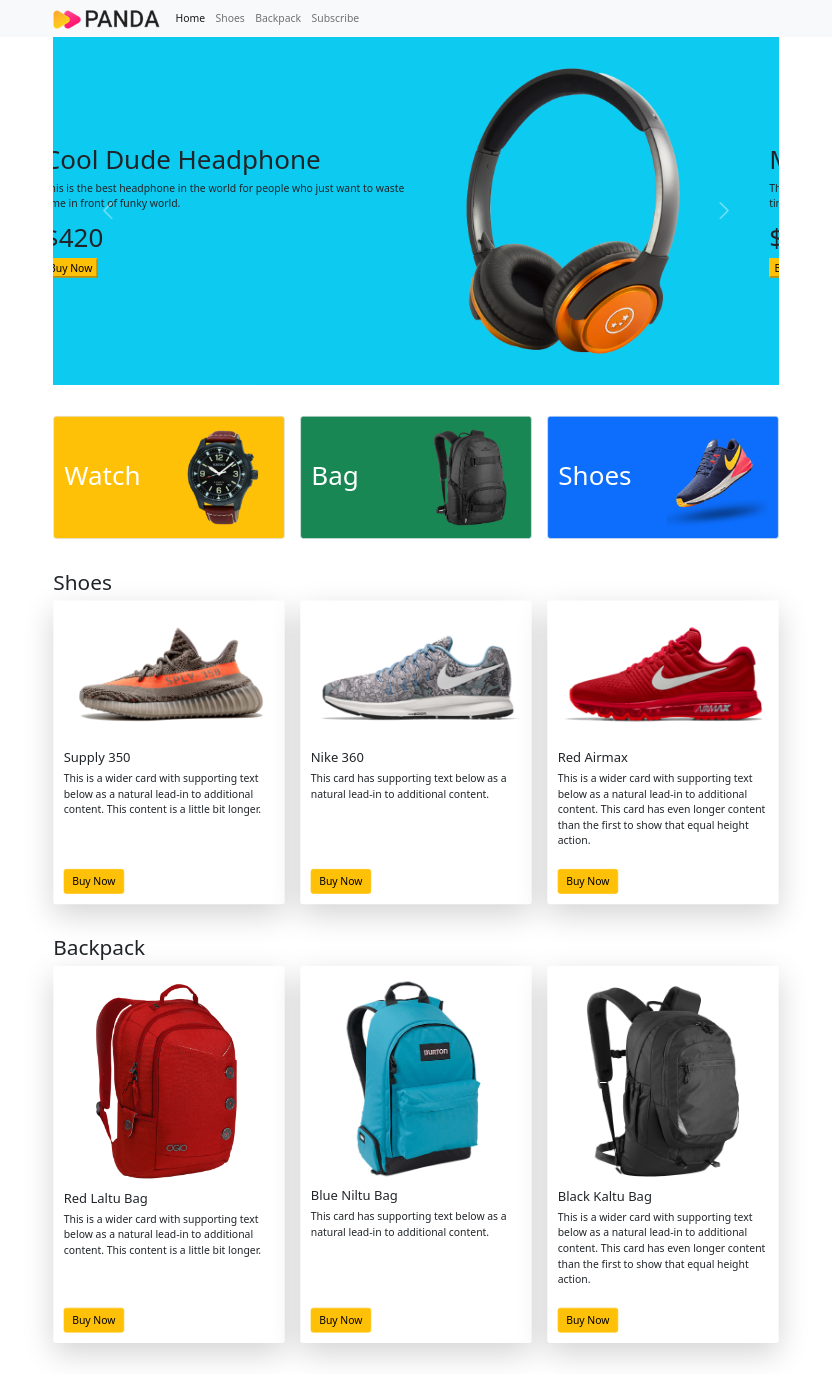
Repository: mdmohiddin/panda-commerce-rp
Page: index.html
An editor plug-in stored every save of this project. The page is shown before and after the next save, followed by the edit.
The browser window is 1280 px wide. The pictures show the whole page, at 65% of full size.

Above is the page before, as saved 2021-07-28 19:22:01.

After the next save:
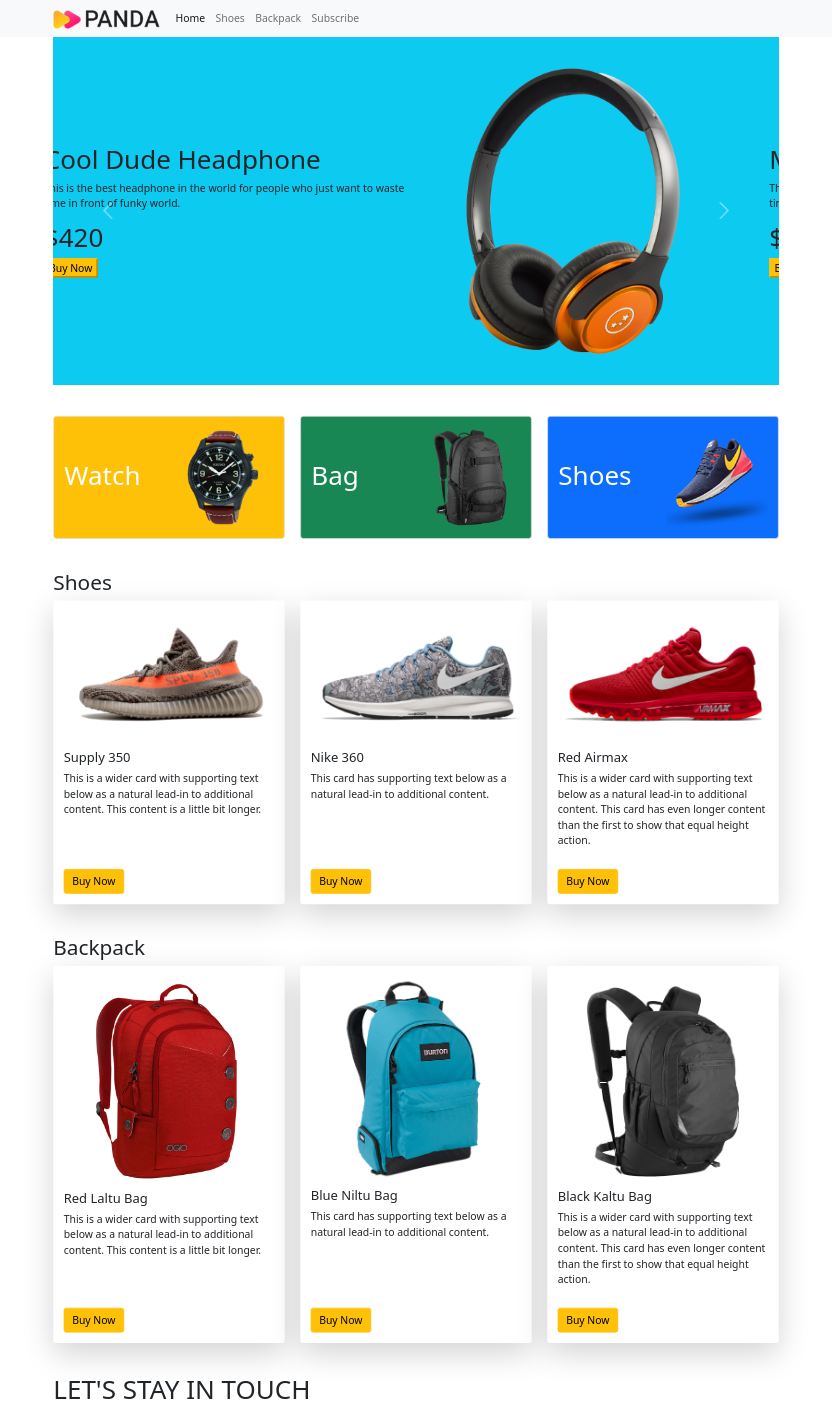
Saved 16 min 1 s later.
--- a/index.html
+++ b/index.html
@@ -226,6 +226,11 @@
                 </div>
               </div>
         </section>
+
+        <!-- Subscription -->
+        <section class="container">
+            <h1>LET'S STAY IN TOUCH</h1>
+        </section>
     </main>
     <footer>
 
